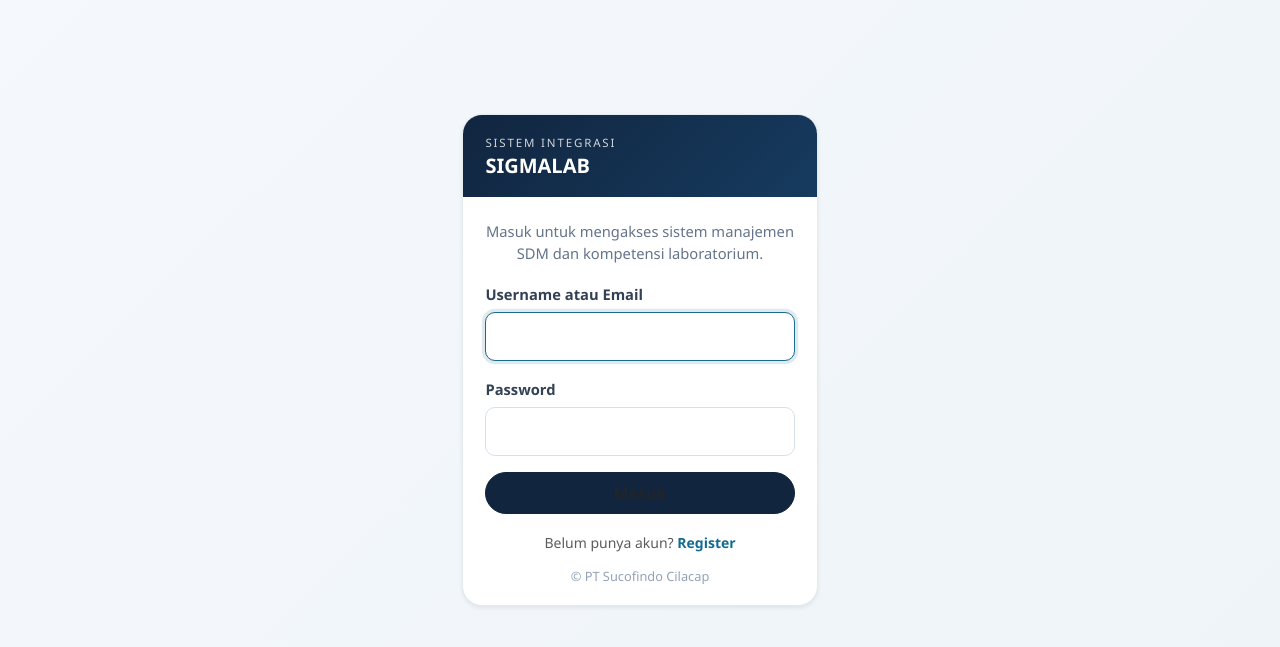
Repository: amelianeesa/sigmalab
Page: http://localhost/login
An editor plug-in stored every save of this project. The page is shown before and after the next save, followed by the edit.
The browser window is 1280 px wide. The pictures show the whole page.
The page is served by the project's Laravel application, run on PHP 8.4 with Laravel 12.

Above is the page before, as saved 2026-08-06 08:36:24.

After the next save:
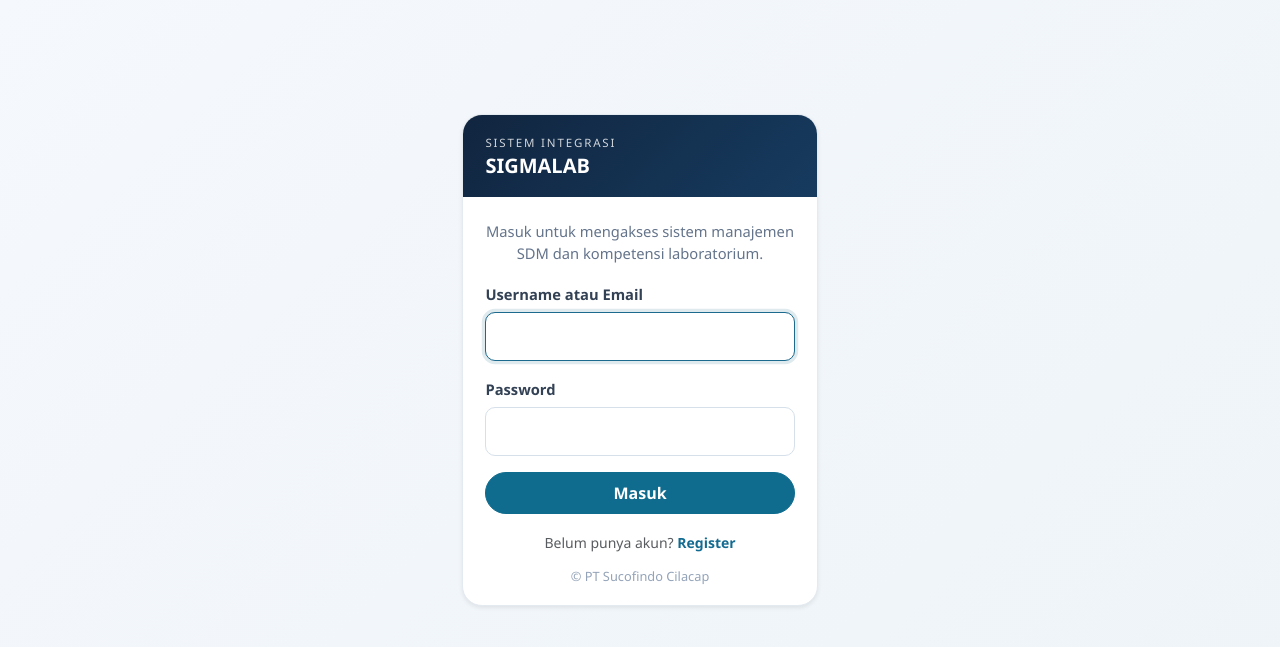
Saved 38 s later.
--- a/resources/views/auth/login.blade.php
+++ b/resources/views/auth/login.blade.php
@@ -74,17 +74,19 @@
         }
 
         .btn-auth {
-            background: #11253f;
-            border: 1px solid #11253f;
+            background: #0f6c8f;
+            border: 1px solid #0f6c8f;
             border-radius: 999px;
             padding: 0.72rem 1rem;
             font-weight: 600;
+            color: #ffffff;
             transition: all 0.2s ease;
         }
 
         .btn-auth:hover {
-            background: #163b5f;
-            border-color: #163b5f;
+            background: #0d5874;
+            border-color: #0d5874;
+            color: #ffffff;
         }
 
         .auth-link {
